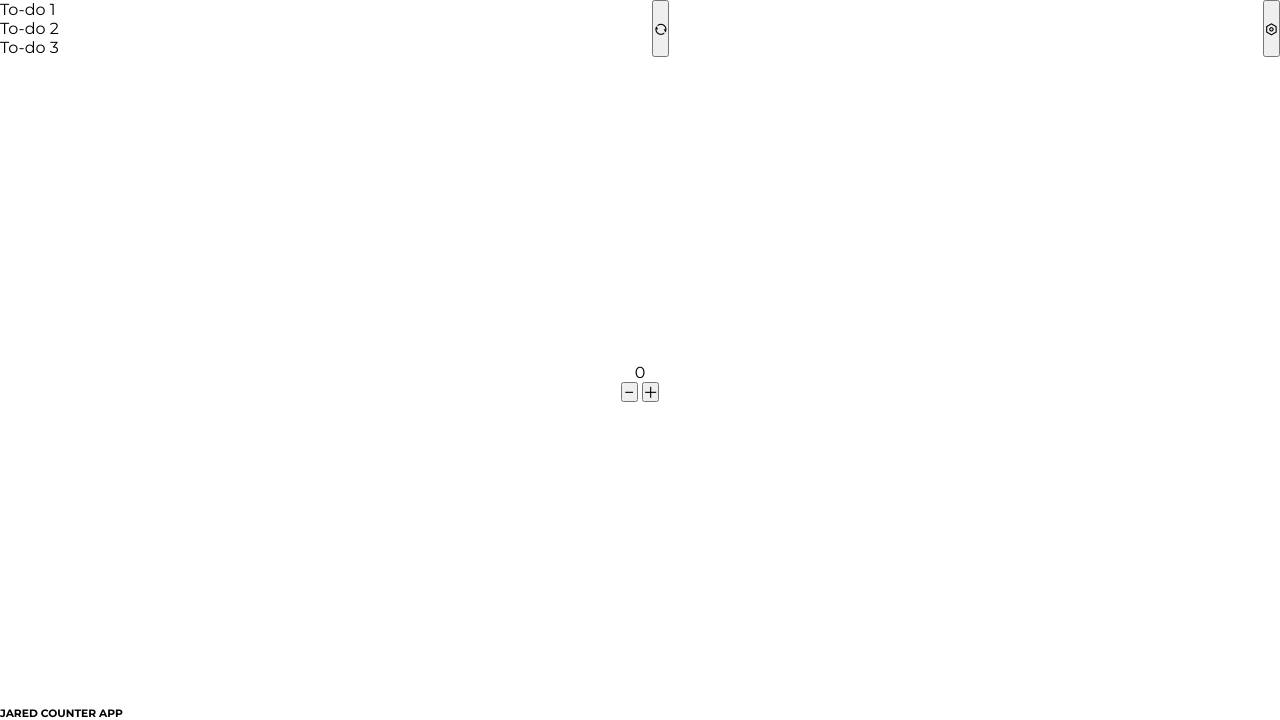
Repository: EguJaredoBoyd/Jared-Counter-App
Page: index.html
These files come from the project's save history. The page is drawn as it stood at one moment and after the next save; the edit follows.
The browser window is 1280 px wide. The pictures show the whole page.

Above is the page before, as saved 2025-11-17 22:02:02.

### index.html
<!DOCTYPE html>
<html lang="en">

<head>
    <meta charset="UTF-8">
    <meta name="viewport" content="width=device-width, initial-scale=1.0">
    <title>Document</title>
    <link rel="preconnect" href="https://fonts.googleapis.com">
    <link rel="preconnect" href="https://fonts.gstatic.com" crossorigin>
    <link href="https://fonts.googleapis.com/css2?family=Montserrat:ital,wght@0,100..900;1,100..900&display=swap"
        rel="stylesheet">
    <link href="https://cdn.jsdelivr.net/npm/remixicon@4.2.0/fonts/remixicon.css" rel="stylesheet">
    <link rel="stylesheet" href="style.css">
    <script src="script.js" defer></script>
</head>

<body>
    <header>
        <ul>
            <li>To-do 1</li>
            <li>To-do 2</li>
            <li>To-do 3</li>
        </ul>
        <button id="reset"><i class="ri-refresh-line"></i></button>
        <button><i class="ri-settings-line"></i></button>
    </header>

    <main>
        <p id="start-count">0</p>
        <button id="decrement"><i class="ri-subtract-line"></i></button>
        <button id="increment"><i class="ri-add-large-line"></i></button>
    </main>

    <footer>
        <h6>JARED COUNTER APP</h6>
    </footer>







</body>

</html>

### style.css
* {
    padding: 0;
    margin: 0;
    box-sizing: border-box;
    font-family: "Montserrat", sans-serif;

}

:root {
    --primary-color: #0d1b2a;
    --secondary-color: #e0e1dd;
}

body {
    display: flex;
    flex-direction: column;
    height: 100vh;
    justify-content: space-between;
}

header {
    display: flex;
    justify-content: space-between;
}

main {
    justify-items: center;
}

### script.js
//Get the last number clicked
let numberCount = Number(localStorage.getItem('increment')) || 0;

//Get last button clicked once the browser loads
let savedColor = localStorage.getItem('color');
let savedColor2 = localStorage.getItem('color2');
let savedColor3 = localStorage.getItem('color3')

let numberIncrement = document.querySelector('#increment');
let numberDecrement = document.getElementById('decrement');
let numberReset = document.querySelector('#reset');
let startCount = document.getElementById('start-count');

//Loads the the page with the last clicked number
startCount.textContent = numberCount;

//Uses the saved colour as a variable for the string 'red'
if (savedColor) {
    numberIncrement.style.backgroundColor = savedColor;
}
if (savedColor2) {
    numberDecrement.style.backgroundColor = savedColor2
}
if (savedColor3) {
    numberReset.style.backgroundColor = savedColor3;
}



numberIncrement.addEventListener('click', () => {
    let incrementColor = numberIncrement.style.backgroundColor = 'red';

    //Reset the other button colours
    numberDecrement.style.background = '';
    numberReset.style.background = '';

    //Save the color so it reminds user of last button clicked
    localStorage.setItem('color', incrementColor)
    //Remove colour storage for other buttons
    localStorage.removeItem('color2')
    localStorage.removeItem('color3')

    let counting = startCount.textContent = numberCount += 1;
    if (counting > 0) {
        startCount.style.color = 'green'
    }
    else if (counting === 0) {
        startCount.style.color = 'black';
    }
    if (numberCount < 0) {
        startCount.style.color = 'red'
    }

    //Save the number count to the localStorage
    localStorage.setItem('increment', numberCount);

})
numberDecrement.addEventListener('click', () => {
    let decrementColor = numberDecrement.style.backgroundColor = 'yellow';

    //Reset the other button colours
    numberIncrement.style.backgroundColor = '';
    numberReset.style.backgroundColor = '';

    //Save the color so it reminds user of last button clicked
    localStorage.setItem('color2', decrementColor)
    //Remove colour storage for other buttons
    localStorage.removeItem('color');
    localStorage.removeItem('color3')

    let negativeCounting = startCount.textContent = numberCount -= 1;
    if (negativeCounting < 0) {
        startCount.style.color = 'red'
    }
    else if (negativeCounting === 0) {
        startCount.style.color = 'black'
    }
    localStorage.setItem('increment', numberCount);
})
numberReset.addEventListener('click', () => {
    let resetColor = numberReset.style.backgroundColor = 'Blue';

    //Reset the other button colours
    numberIncrement.style.backgroundColor = '';
    numberDecrement.style.backgroundColor = '';

    //Save the color so it reminds user of last button clicked
    localStorage.setItem('color3', resetColor)
    //Remove colour storage for other buttons
    localStorage.removeItem('color');
    localStorage.removeItem('color2');

    let resetCounting = startCount.textContent = numberCount = 0;
    if (resetCounting === 0) {
        startCount.style.color = 'black'
    }
    localStorage.setItem('increment', numberCount);
})

After the next save:
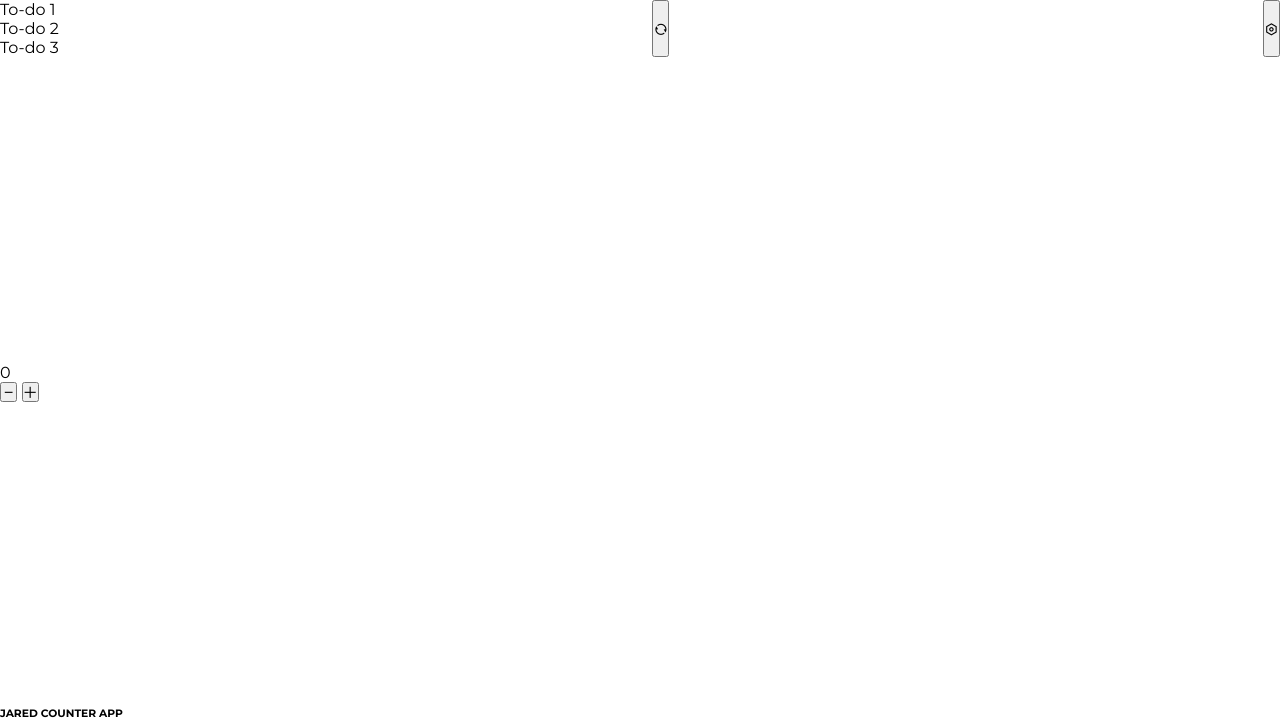
Saved 64 s later.
--- a/style.css
+++ b/style.css
@@ -24,5 +24,5 @@
 }
 
 main {
-    justify-items: center;
+    align-items: center;
 }

After the save that followed:
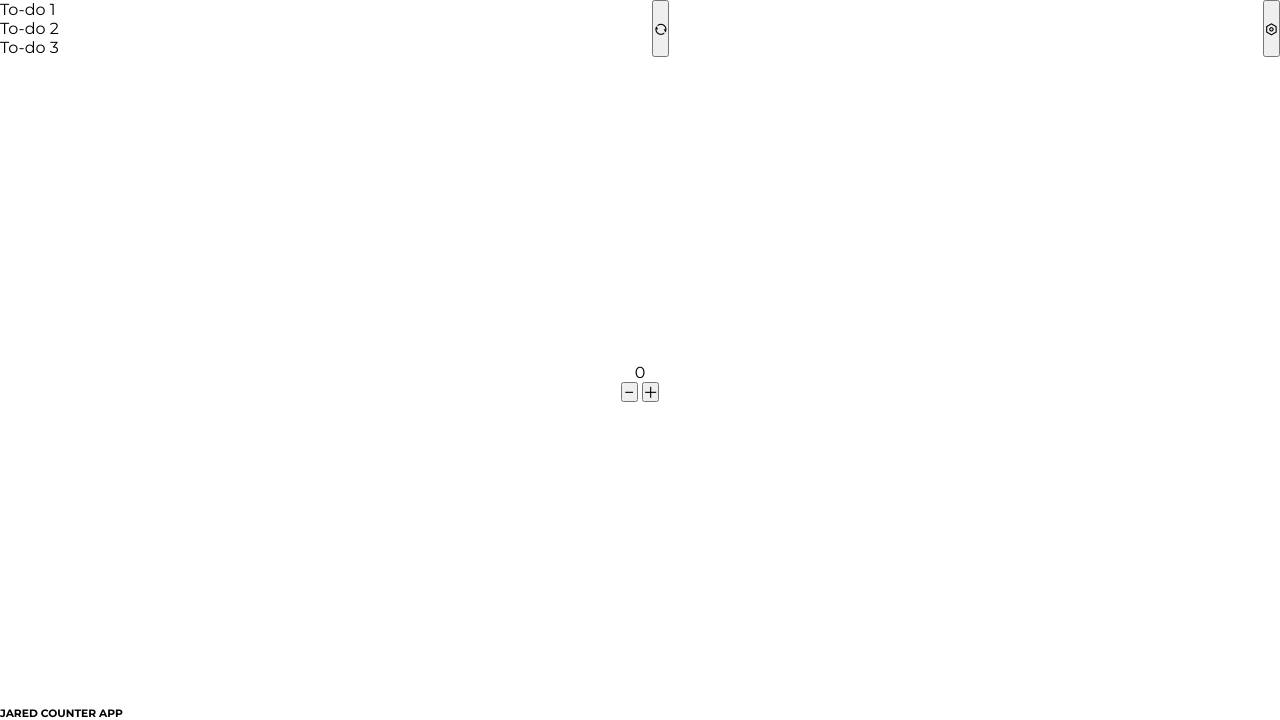
Saved 15 s later.
--- a/style.css
+++ b/style.css
@@ -24,5 +24,5 @@
 }
 
 main {
-    align-items: center;
+    text-align: center;
 }
